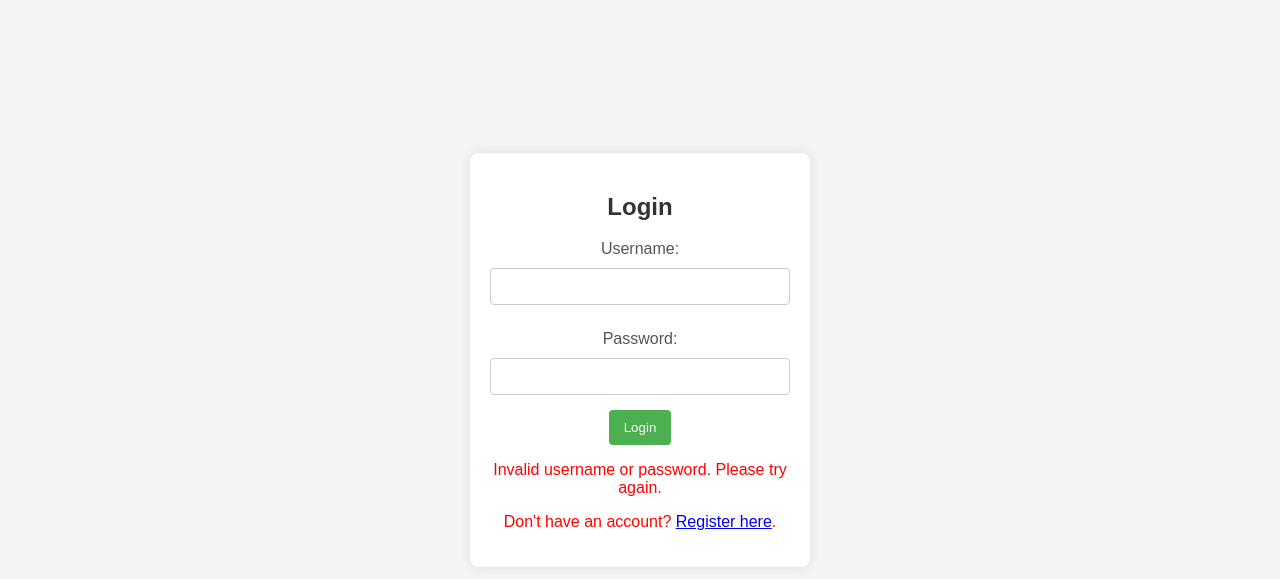
Repository: zrlgithub/poi
Page: http://localhost/test/Login.jsp
The author's editor kept a copy of each file at every save. The page is drawn from the files as they stood at one save, then again after the next save.
The browser window is 1280 px wide. The pictures show the whole page.
The page is served by Tomcat 9. Other server files are loaded and not shown.

Above is the page before, as saved 2024-02-13 22:22:58.

### test/src/main/webapp/Login.jsp
<!DOCTYPE html>
<html lang="en">
<head>
    <meta charset="UTF-8">
    <meta name="viewport" content="width=device-width, initial-scale=1.0">
    <title>Login</title>
    <style>
        body {
            font-family: Arial, sans-serif;
            background-color: #f4f4f4;
            margin: 0;
            display: flex;
            align-items: center;
            justify-content: center;
            height: 100vh;
        }

        form {
            background-color: #ffffff;
            padding: 20px;
            border-radius: 8px;
            box-shadow: 0 0 10px rgba(0, 0, 0, 0.1);
            width: 300px;
            text-align: center;
        }

        h2 {
            color: #333333;
        }

        label {
            display: block;
            margin: 10px 0;
            color: #555555;
        }

        input {
            width: 100%;
            padding: 10px;
            margin-bottom: 15px;
            box-sizing: border-box;
            border: 1px solid #cccccc;
            border-radius: 4px;
        }

        button {
            background-color: #4caf50;
            color: #ffffff;
            padding: 10px 15px;
            border: none;
            border-radius: 4px;
            cursor: pointer;
        }

        button:hover {
            background-color: #45a049;
        }

        p {
            color: red;
        }
    </style>
</head>
<body>
    <form action="LoginServlet" method="post">
        <h2>Login</h2>
        <label for="username">Username:</label>
        <input type="text" id="username" name="username" required>

        <label for="password">Password:</label>
        <input type="password" id="password" name="password" required>

        <button type="submit">Login</button>

        <!-- Display an error message if login fails -->
        <c:if test="${param.error ne null}">
            <p>Invalid username or password. Please try again.</p>
        </c:if>
        <p>Don't have an account? <a href="register.jsp">Register here</a>.</p>

    </form>
</body>
</html>

After the next save:
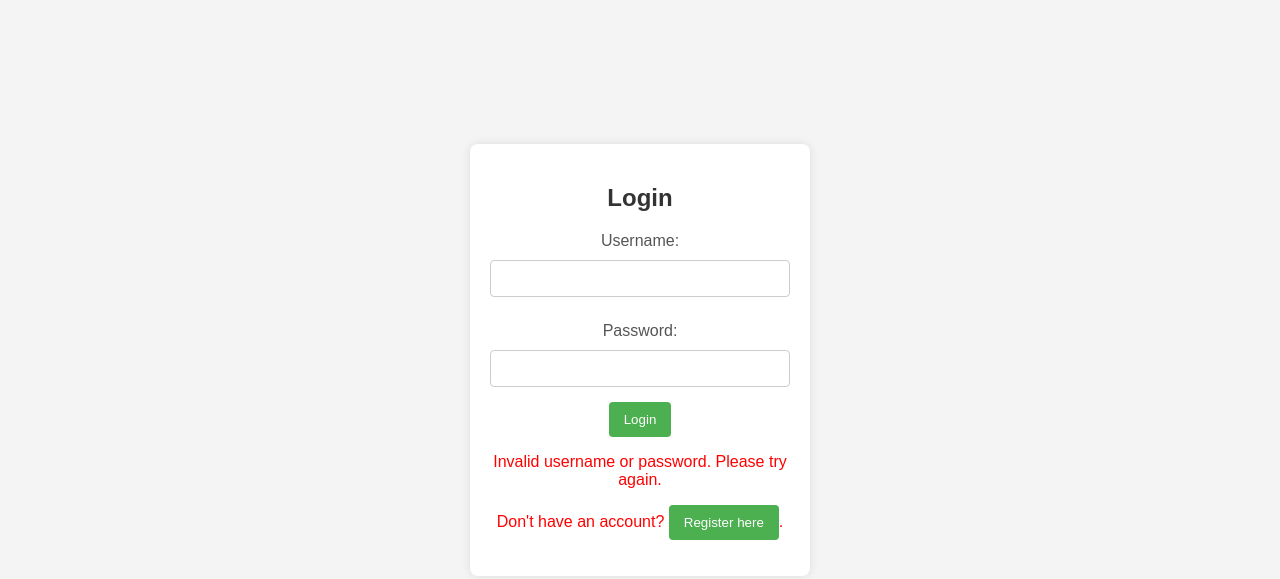
Saved 35 s later.
--- a/test/src/main/webapp/Login.jsp
+++ b/test/src/main/webapp/Login.jsp
@@ -76,7 +76,7 @@
         <c:if test="${param.error ne null}">
             <p>Invalid username or password. Please try again.</p>
         </c:if>
-        <p>Don't have an account? <a href="register.jsp">Register here</a>.</p>
+        <p>Don't have an account? <a href="register.jsp"><button>Register here</button></a>.</p>
 
     </form>
 </body>
